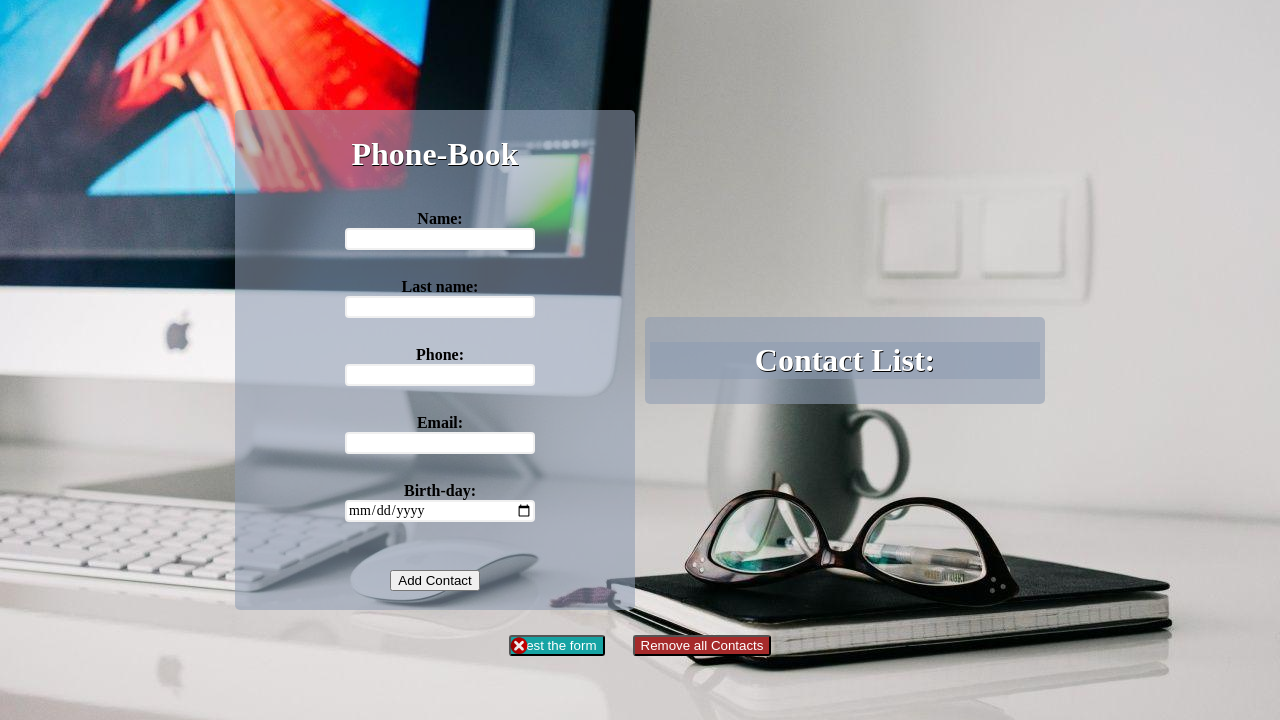
Repository: STA1357/Phone-book
Page: Inner.html
The author's editor kept a copy of each file at every save. The page is drawn from the files as they stood at one save, then again after the next save.
The browser window is 1280 px wide. The pictures show the whole page.

Above is the page before, as saved 2020-12-12 18:07:42.

After the next save:
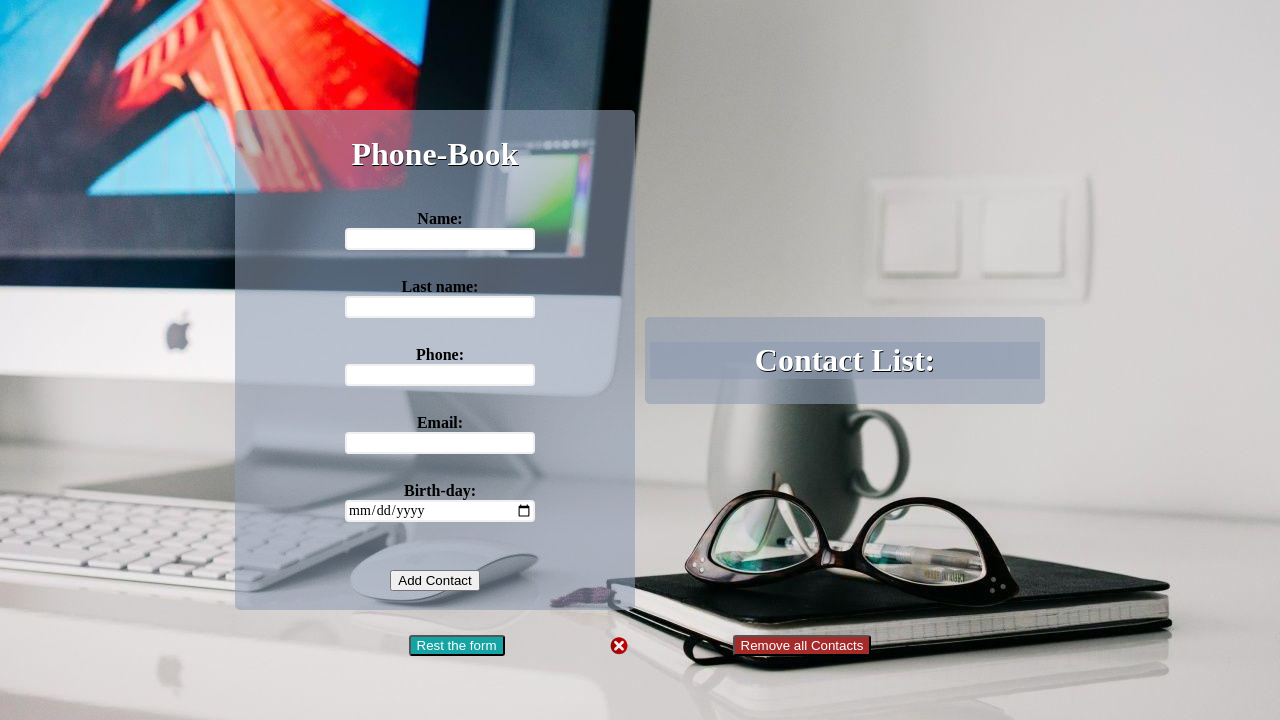
Saved 4 s later.
--- a/styles.css
+++ b/styles.css
@@ -102,7 +102,7 @@ label{
     width: 20px;
     height: 20px;
     margin-bottom: -6px;
-    margin-left: -100px;
+    margin-left: 100px;
 }
 
 .btn{
